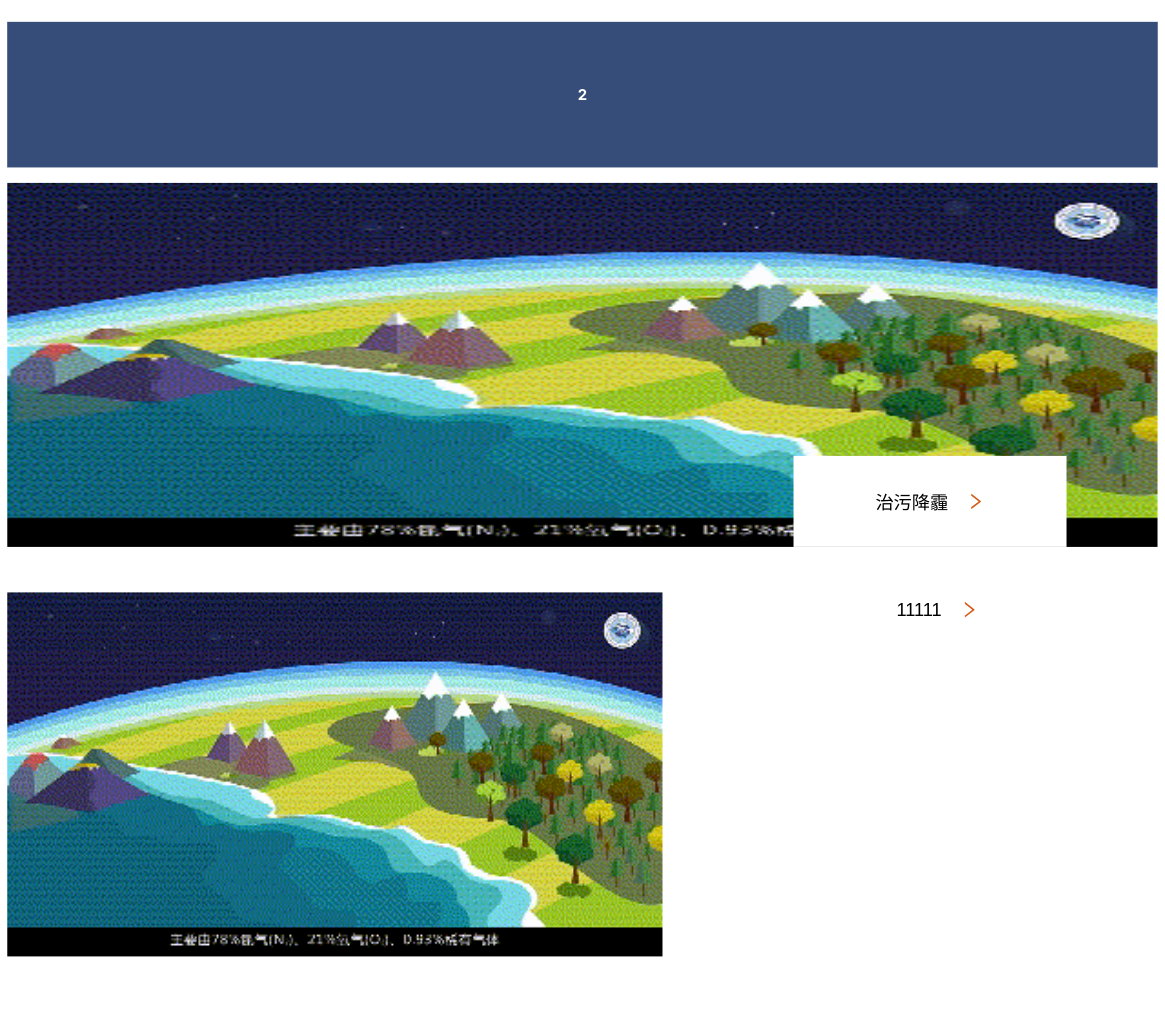
Repository: samllbin/summerWeb
Page: /
An editor plug-in stored every save of this project. The page is shown before and after the next save, followed by the edit.
The browser window is 1280 px wide. The pictures show the whole page, at 91% of full size.
The project was rebuilt for these pictures with package versions that can differ from the ones it lists, and the page was loaded fresh each time. Also part of the build but not shown: vite.config.js, components/menu/config.js, components/menu/MenuTab.jsx, components/content/index.module.css, components/content/index.jsx.

Above is the page before, as saved 2024-07-22 15:58:44.

After the next save:
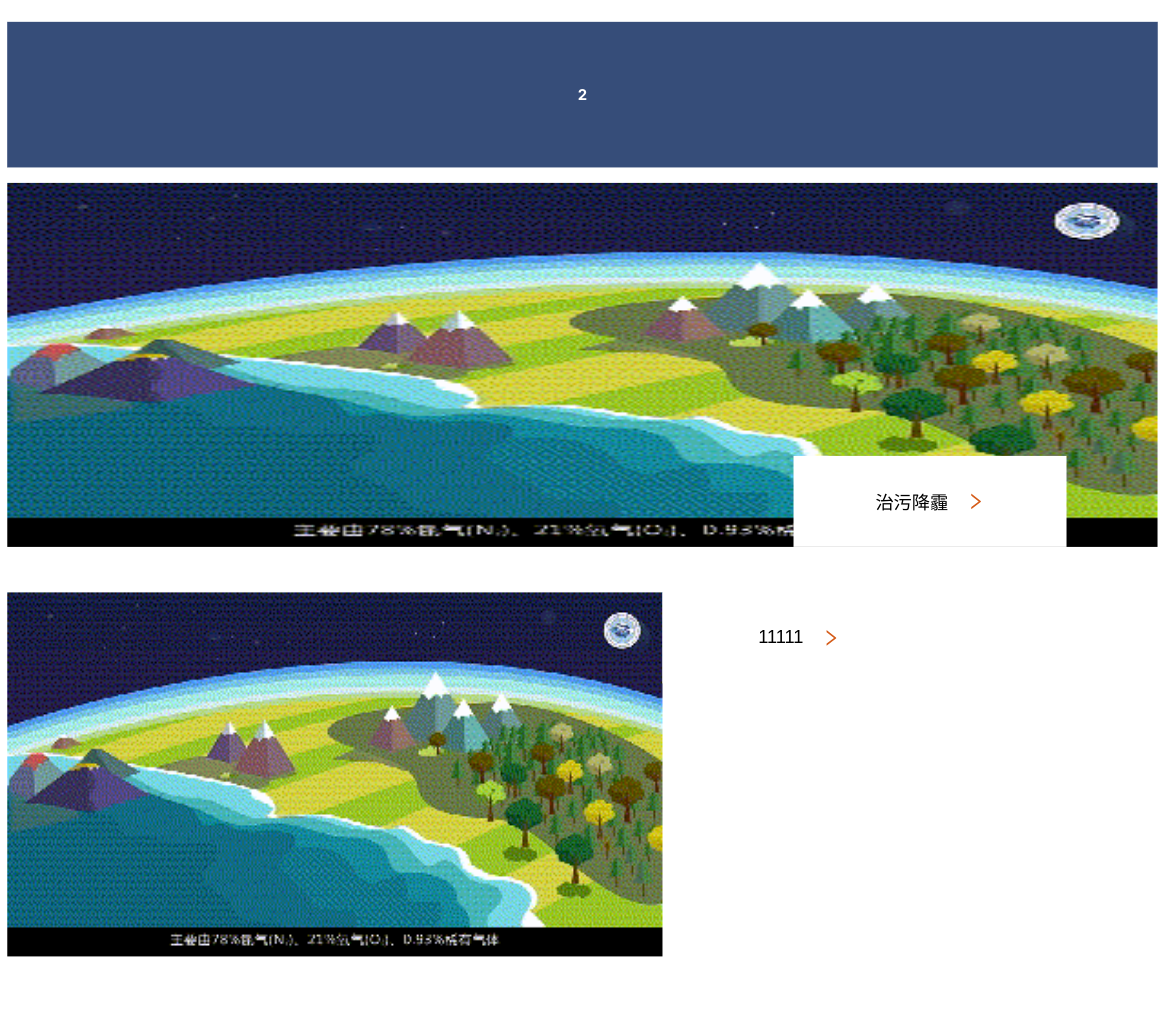
Saved 8 s later.
--- a/components/article/index.module.css
+++ b/components/article/index.module.css
@@ -38,9 +38,9 @@
   display: flex;
   align-items: center;
   justify-content: center;
-  position: absolute;
+  /* position: absolute;
   right: 100px;
-  bottom: 0;
+  bottom: 0; */
   background-color: #fff;
   width: 300px;
   height: 100px;
